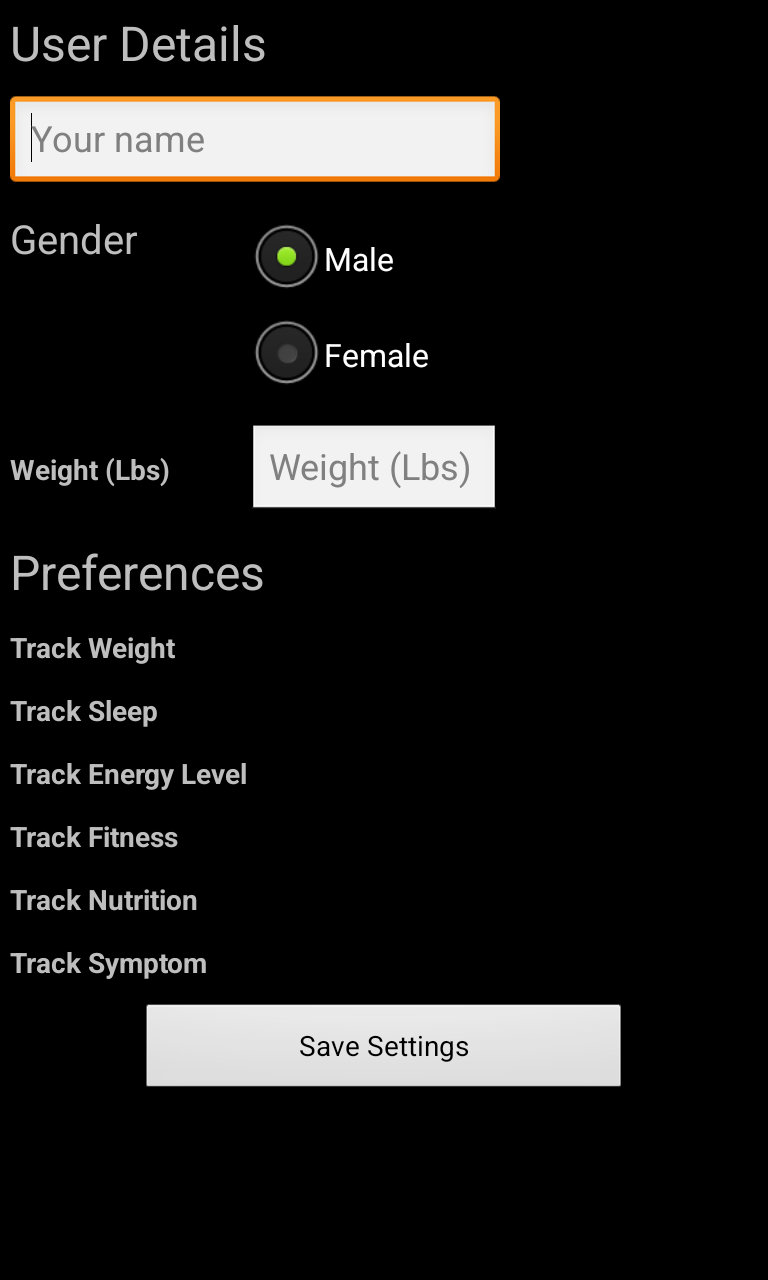
Repository: dillonyoung/CPD4493
Layout: TraCare/res/layout/preferences.xml
The author's editor kept a copy of each file at every save. The layout is drawn from the files as they stood at one save, then again after the next save.
It is drawn on a 768 x 1280 px phone screen (xhdpi) without system bars, with theme android:Theme.Black; the app's code is not run.

Above is the layout before, as saved 2013-04-10 22:41:02.

### TraCare/res/layout/preferences.xml
<?xml version="1.0" encoding="utf-8"?>
<ScrollView xmlns:android="http://schemas.android.com/apk/res/android"
    android:layout_width="fill_parent"
    android:layout_height="fill_parent" >

    <TableLayout
        android:id="@+id/TableLayout1"
        android:layout_width="match_parent"
        android:layout_height="wrap_content" >

        <TableRow
            android:id="@+id/tableRow1"
            android:layout_width="wrap_content"
            android:layout_height="wrap_content"
            android:padding="5dip" >

            <TextView
                android:id="@+id/textView1"
                android:layout_width="wrap_content"
                android:layout_height="wrap_content"
                android:layout_span="2"
                android:text="@string/user_details"
                android:textSize="24sp" />
        </TableRow>

        <TableRow
            android:id="@+id/tableRow2"
            android:layout_width="wrap_content"
            android:layout_height="wrap_content"
            android:padding="5dip" >

            <EditText
                android:id="@+id/txtUserName"
                android:layout_width="wrap_content"
                android:layout_height="wrap_content"
                android:layout_span="2"
                android:ems="20"
                android:hint="@string/yourname"
                android:inputType="textPersonName" >

                <requestFocus />
            </EditText>
        </TableRow>

        <TableRow
            android:id="@+id/tableRow3"
            android:layout_width="wrap_content"
            android:layout_height="wrap_content"
            android:padding="5dip" >

            <TextView
                android:id="@+id/textView2"
                android:layout_width="wrap_content"
                android:layout_height="wrap_content"
                android:text="@string/gender"
                style="@style/label" />

            <RadioGroup
                android:id="@+id/rdgrpGender"
                android:layout_width="wrap_content"
                android:layout_height="wrap_content" >

                <RadioButton
                    android:id="@+id/radMale"
                    android:layout_width="wrap_content"
                    android:layout_height="wrap_content"
                    android:checked="true"
                    android:text="@string/male" />

                <RadioButton
                    android:id="@+id/radFemale"
                    android:layout_width="wrap_content"
                    android:layout_height="wrap_content"
                    android:text="@string/female" />
            </RadioGroup>
        </TableRow>

        <TableRow
            android:id="@+id/tableRow4"
            android:layout_width="wrap_content"
            android:layout_height="wrap_content"
            android:padding="5dip" >

            <TextView
                android:id="@+id/textView3"
                android:layout_width="wrap_content"
                android:layout_height="wrap_content"
                android:text="@string/weight"
                android:textStyle="bold" />

            <EditText
                android:id="@+id/txtUserWeight"
                android:layout_width="wrap_content"
                android:layout_height="wrap_content"
                android:ems="6"
                android:hint="@string/weight"
                android:inputType="numberDecimal" />
        </TableRow>

        <TableRow
            android:id="@+id/tableRow5"
            android:layout_width="wrap_content"
            android:layout_height="wrap_content"
            android:padding="5dip" >

            <TextView
                android:id="@+id/textView4"
                android:layout_width="wrap_content"
                android:layout_height="wrap_content"
                android:layout_span="2"
                android:text="@string/preferences"
                android:textSize="24sp" />
        </TableRow>

        <TableRow
            android:id="@+id/tableRow6"
            android:layout_width="wrap_content"
            android:layout_height="wrap_content"
            android:padding="5dip" >

            <TextView
                android:id="@+id/textView5"
                android:layout_width="wrap_content"
                android:layout_height="wrap_content"
                android:text="@string/track_weight"
                android:textStyle="bold" />

            <Switch
                android:id="@+id/switchWeight"
                android:layout_width="wrap_content"
                android:layout_height="wrap_content"
                android:text="" />
        </TableRow>

        <TableRow
            android:id="@+id/tableRow7"
            android:layout_width="wrap_content"
            android:layout_height="wrap_content"
            android:padding="5dip" >

            <TextView
                android:id="@+id/textView6"
                android:layout_width="wrap_content"
                android:layout_height="wrap_content"
                android:text="@string/track_sleep"
                android:textStyle="bold" />

            <Switch
                android:id="@+id/switchSleep"
                android:layout_width="wrap_content"
                android:layout_height="wrap_content"
                android:text="" />
        </TableRow>

        <TableRow
            android:id="@+id/tableRow8"
            android:layout_width="wrap_content"
            android:layout_height="wrap_content"
            android:padding="5dip" >

            <TextView
                android:id="@+id/textView7"
                android:layout_width="wrap_content"
                android:layout_height="wrap_content"
                android:text="@string/track_energy_level"
                android:textStyle="bold" />

            <Switch
                android:id="@+id/switchEnergyLevel"
                android:layout_width="wrap_content"
                android:layout_height="wrap_content"
                android:text="" />
        </TableRow>

        <TableRow
            android:id="@+id/tableRow9"
            android:layout_width="wrap_content"
            android:layout_height="wrap_content"
            android:padding="5dip" >

            <TextView
                android:id="@+id/textView8"
                android:layout_width="wrap_content"
                android:layout_height="wrap_content"
                android:text="@string/track_fitness"
                android:textStyle="bold" />

            <Switch
                android:id="@+id/switchFitness"
                android:layout_width="wrap_content"
                android:layout_height="wrap_content"
                android:text="" />
        </TableRow>

        <TableRow
            android:id="@+id/tableRow10"
            android:layout_width="wrap_content"
            android:layout_height="wrap_content"
            android:padding="5dip" >

            <TextView
                android:id="@+id/textView9"
                android:layout_width="wrap_content"
                android:layout_height="wrap_content"
                android:text="@string/track_nutrition"
                android:textStyle="bold" />

            <Switch
                android:id="@+id/switchNutrition"
                android:layout_width="wrap_content"
                android:layout_height="wrap_content"
                android:text="" />
        </TableRow>

                <TableRow
            android:id="@+id/tableRow11"
            android:layout_width="wrap_content"
            android:layout_height="wrap_content"
            android:padding="5dip" >

            <TextView
                android:id="@+id/textView10"
                android:layout_width="wrap_content"
                android:layout_height="wrap_content"
                android:text="@string/track_symptom"
                android:textStyle="bold" />

            <Switch
                android:id="@+id/switchSymptom"
                android:layout_width="wrap_content"
                android:layout_height="wrap_content"
                android:text="" />
        </TableRow>

        <TableRow
            android:id="@+id/tableRow12"
            android:layout_width="wrap_content"
            android:layout_height="wrap_content"
            android:gravity="center_horizontal"
            android:padding="5dip" >

            <Button
                android:id="@+id/btnSave"
                android:layout_width="wrap_content"
                android:layout_height="wrap_content"
                android:layout_span="2"
                android:text="@string/savesettings" />
        </TableRow>
    </TableLayout>

</ScrollView>

### TraCare/res/values/strings.xml
<?xml version="1.0" encoding="utf-8"?>
<resources>

    <string name="app_name">TraCare</string>
    <string name="action_settings">Settings</string>
    <string name="title_section1">Section 1</string>
    <string name="title_section2">Section 2</string>
    <string name="title_section3">Section 3</string>
    <string name="user_details">User Details</string>
    <string name="gender">Gender</string>
    <string name="male">Male</string>
    <string name="female">Female</string>
    <string name="weight">Weight (Lbs)</string>
    <string name="preferences">Preferences</string>
    <string name="track_weight">Track Weight</string>
    <string name="track_sleep">Track Sleep</string>
    <string name="track_energy_level">Track Energy Level</string>
    <string name="track_quality_of_sleep">Track Quality of Sleep</string>
    <string name="track_fitness">Track Fitness</string>
    <string name="track_nutrition">Track Nutrition</string>
    <string name="savesettings">Save Settings</string>
    <string name="back">Back</string>
    <string name="yourname">Your name</string>
    <string name="track_symptom">Track Symptom</string>
    <string name="image"></string>
    <string name="blank"></string>
    <string name="menu_add_entry">Add Entry</string>
    <string name="menu_delete_entry">Delete Entry</string>
    <string name="summary">Summary Report</string>
    <string name="startdate">Start Date</string>
    <string name="enddate">End Date</string>
    <string name="runreport">Run Report</string>
    <string name="reportstart">Report Start Date</string>
    <string name="reportend">Report End Date</string>
    <string name="lowestweight">Lowest Weight</string>
    <string name="lowestdate">Date of Lowest Weight</string>
	<string name="highestweight">Highest Weight</string>
    <string name="highestdate">Date of Highest Weight</string>
    <string name="averageweight">Average Weight</string>
    <string-array name="hours_of_sleep">
        <item>0.0 Hours of Sleep</item>
        <item>0.5 Hours of Sleep</item>
        <item>1.0 Hours of Sleep</item>
        <item>1.5 Hours of Sleep</item>
        <item>2.0 Hours of Sleep</item>
        <item>2.5 Hours of Sleep</item>
        <item>3.0 Hours of Sleep</item>
        <item>3.5 Hours of Sleep</item>
        <item>4.0 Hours of Sleep</item>
        <item>4.5 Hours of Sleep</item>
        <item>5.0 Hours of Sleep</item>
        <item>5.5 Hours of Sleep</item>
        <item>6.0 Hours of Sleep</item>
        <item>6.5 Hours of Sleep</item>
        <item>7.0 Hours of Sleep</item>
        <item>7.5 Hours of Sleep</item>
        <item>8.0 Hours of Sleep</item>
        <item>8.5 Hours of Sleep</item>
        <item>9.0 Hours of Sleep</item>
        <item>9.5 Hours of Sleep</item>
        <item>10.0 Hours of Sleep</item>
        <item>10.5 Hours of Sleep</item>
        <item>11.0 Hours of Sleep</item>
        <item>11.5 Hours of Sleep</item>
        <item>12.0 Hours of Sleep</item>
        <item>12.5 Hours of Sleep</item>
        <item>13.0 Hours of Sleep</item>
        <item>13.5 Hours of Sleep</item>
        <item>14.0 Hours of Sleep</item>
        <item>14.5 Hours of Sleep</item>
        <item>15.0 Hours of Sleep</item>
        <item>15.5 Hours of Sleep</item>
        <item>16.0 Hours of Sleep</item>
        <item>16.5 Hours of Sleep</item>
        <item>17.0 Hours of Sleep</item>
        <item>17.5 Hours of Sleep</item>
        <item>18.0 Hours of Sleep</item>
        <item>18.5 Hours of Sleep</item>
        <item>19.0 Hours of Sleep</item>
        <item>19.5 Hours of Sleep</item>
        <item>20.0 Hours of Sleep</item>
        <item>20.5 Hours of Sleep</item>
        <item>21.0 Hours of Sleep</item>
        <item>21.5 Hours of Sleep</item>
        <item>22.0 Hours of Sleep</item>
        <item>22.5 Hours of Sleep</item>
        <item>23.0 Hours of Sleep</item>
        <item>23.5 Hours of Sleep</item>
    </string-array>
    <string-array name="energy_level">
        <item>Energy Level Not Specified</item>
        <item>Terrible Energy Level</item>
        <item>Poor Energy Level</item>
        <item>Average Energy Level</item>
        <item>Good Energy Level</item>
        <item>Excellent Energy Level</item>
    </string-array>
    <string-array name="quality_of_sleep">
        <item>Quality of Sleep Not Specified</item>
        <item>Terrible Quality of Sleep</item>
        <item>Poor Quality of Sleep</item>
        <item>Average Quality of Sleep</item>
        <item>Good Quality of Sleep</item>
        <item>Excellent Quality of Sleep</item>
    </string-array>
    <string-array name="symptom_type">
        <item>Symptom Type Not Specified</item>
        <item>Other</item>
        <item>Abdominal Pain</item>
        <item>Chest Pain</item>
        <item>Constipation</item>
        <item>Cought</item>
        <item>Diarrea</item>
        <item>Dizziness</item>
        <item>Eye Discomfort</item>
        <item>Foot Pain</item>
        <item>Hip Pain</item>
        <item>Knee Pain</item>
        <item>Low Back Pain</item>
        <item>Nasal Congestion</item>
        <item>Nausea</item>
        <item>Neck Pain</item>
        <item>Numbness</item>
        <item>Shortness of Breath</item>
        <item>Shoulder Pain</item>
        <item>Sore Throat</item>
        <item>Vision Problems</item>
        <item>Wheezing</item>
    </string-array>
        <string name="string_new_entry">New Entry</string>
        <string name="string_hours_of_sleep">Select Hours of Sleep</string>
        <string name="string_fitness">Your fitness activity</string>
        <string name="string_nutrition">Your nutrition</string>
        <string name="string_symtpom_description">The symptom description</string>
        <string name="saveentry">Save New Entry</string>

</resources>

### TraCare/res/values/styles.xml
<resources xmlns:android="http://schemas.android.com/apk/res/android">

    <!--
        Base application theme, dependent on API level. This theme is replaced
        by AppBaseTheme from res/values-vXX/styles.xml on newer devices.
    -->
    <style name="AppBaseTheme" parent="android:Theme.Light">
        <!--
            Theme customizations available in newer API levels can go in
            res/values-vXX/styles.xml, while customizations related to
            backward-compatibility can go here.
        -->
    </style>

    <!-- Application theme. -->
    <style name="AppTheme" parent="AppBaseTheme">
        <!-- All customizations that are NOT specific to a particular API-level can go here. -->
    </style>
    <style name="label">
        <item name="android:textSize">20sp</item>
    </style>



</resources>

After the next save:
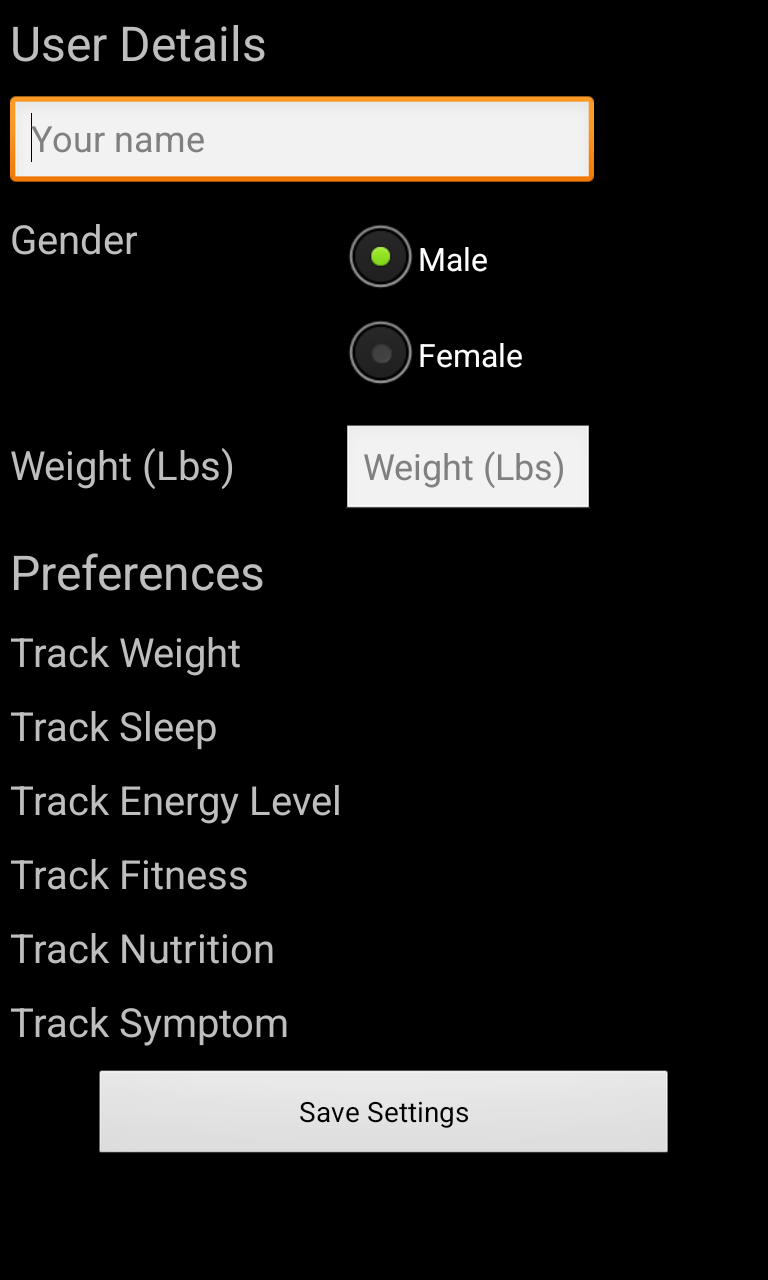
Saved 64 s later.
--- a/TraCare/res/layout/preferences.xml
+++ b/TraCare/res/layout/preferences.xml
@@ -86,7 +86,7 @@
                 android:layout_width="wrap_content"
                 android:layout_height="wrap_content"
                 android:text="@string/weight"
-                android:textStyle="bold" />
+                style="@style/label" />
 
             <EditText
                 android:id="@+id/txtUserWeight"
@@ -123,7 +123,7 @@
                 android:layout_width="wrap_content"
                 android:layout_height="wrap_content"
                 android:text="@string/track_weight"
-                android:textStyle="bold" />
+                style="@style/label" />
 
             <Switch
                 android:id="@+id/switchWeight"
@@ -143,7 +143,7 @@
                 android:layout_width="wrap_content"
                 android:layout_height="wrap_content"
                 android:text="@string/track_sleep"
-                android:textStyle="bold" />
+                style="@style/label" />
 
             <Switch
                 android:id="@+id/switchSleep"
@@ -163,7 +163,7 @@
                 android:layout_width="wrap_content"
                 android:layout_height="wrap_content"
                 android:text="@string/track_energy_level"
-                android:textStyle="bold" />
+                style="@style/label" />
 
             <Switch
                 android:id="@+id/switchEnergyLevel"
@@ -183,7 +183,7 @@
                 android:layout_width="wrap_content"
                 android:layout_height="wrap_content"
                 android:text="@string/track_fitness"
-                android:textStyle="bold" />
+                style="@style/label" />
 
             <Switch
                 android:id="@+id/switchFitness"
@@ -203,7 +203,7 @@
                 android:layout_width="wrap_content"
                 android:layout_height="wrap_content"
                 android:text="@string/track_nutrition"
-                android:textStyle="bold" />
+                style="@style/label" />
 
             <Switch
                 android:id="@+id/switchNutrition"
@@ -223,7 +223,7 @@
                 android:layout_width="wrap_content"
                 android:layout_height="wrap_content"
                 android:text="@string/track_symptom"
-                android:textStyle="bold" />
+                style="@style/label" />
 
             <Switch
                 android:id="@+id/switchSymptom"
